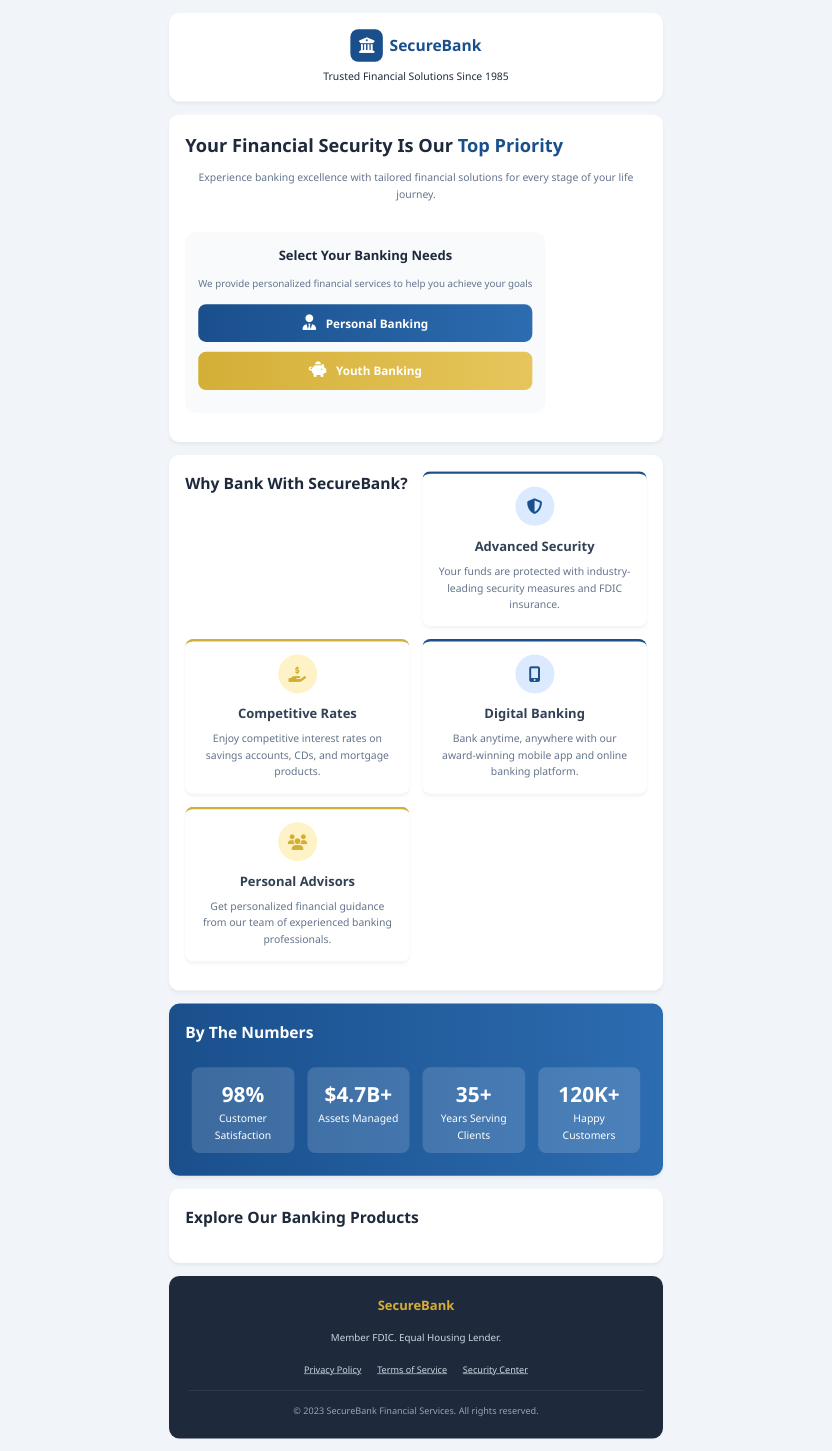
Repository: meenadabhii/loancalculator.nurcodes.com
Page: index.html
An editor plug-in stored every save of this project. The page is shown before and after the next save, followed by the edit.
The browser window is 1280 px wide. The pictures show the whole page, at 65% of full size.

Above is the page before, as saved 2025-08-29 22:39:11.

### index.html
<!DOCTYPE html>
<html lang="en">

<head>
    <meta charset="UTF-8">
    <meta name="viewport" content="width=device-width, initial-scale=1.0">
    <title>SecureBank - Financial Solutions</title>
    <link rel="stylesheet" href="https://cdnjs.cloudflare.com/ajax/libs/font-awesome/6.4.0/css/all.min.css">
    <link rel="preconnect" href="https://pagead2.googlesyndication.com">
    <link rel="preconnect" href="https://googleads.g.doubleclick.net">
    <link rel="preconnect" href="https://tpc.googlesyndication.com">

    <script async src="https://pagead2.googlesyndication.com/pagead/js/adsbygoogle.js?client=ca-pub-9383584644305078"
        crossorigin="anonymous"></script>



    <link rel="stylesheet" href="https://cdnjs.cloudflare.com/ajax/libs/font-awesome/6.4.0/css/all.min.css">
    <script async src="https://securepubads.g.doubleclick.net/tag/js/gpt.js"></script>



    <script>
        (function () {
            // Initialize googletag if not already defined
            window.googletag = window.googletag || { cmd: [] };

            // Ad slot variables
            let adSlot1, adSlot2, anchorSlot;
            const refreshInterval = 30000; // 30 seconds - more user-friendly refresh rate
            let refreshTimer;

            // Function to set up ads
            function setupAds() {
                googletag.cmd.push(function () {
                    // Setup PubAds
                    const pubads = googletag.pubads();
                    pubads.enableSingleRequest();
                    pubads.setCentering(true);

                    // Apply geotargeting if available
                    if (window.geoTarget) {
                        pubads.setLocation(window.geoTarget);
                    }

                    // Define Ad Slots with consistent IDs
                    adSlot1 = googletag.defineSlot(
                        '/23315732502/native',
                        [[300, 250], [320, 480], [250, 250], [300, 100], 'fluid', [336, 280]],
                        'ad-slot-1'
                    ).addService(pubads);

                    adSlot2 = googletag.defineSlot(
                        '/23315732502/native',
                        [[300, 250], [320, 480], [250, 250], [300, 100], 'fluid', [336, 280]],
                        'ad-slot-2'
                    ).addService(pubads);

                    // Define anchor ad with proper ID
                    anchorSlot = googletag.defineOutOfPageSlot(
                        '/23315732502/anchor',
                        googletag.enums.OutOfPageFormat.BOTTOM_ANCHOR
                    );

                    if (anchorSlot) {
                        anchorSlot.addService(pubads);
                        // Use the correct ID for the anchor ad
                        anchorSlot.setElementId('ad-anchor-slot');
                    }

                    // Event listeners for ad loading
                    pubads.addEventListener('slotRenderEnded', function (event) {
                        // Handle ad render events if needed
                        const slotId = event.slot.getSlotElementId();
                        const isEmpty = event.isEmpty;

                        // Example: hide containers with no ads
                        if (isEmpty && document.getElementById(slotId)) {
                            document.getElementById(slotId).style.display = 'none';
                        }
                    });

                    // Enable services
                    googletag.enableServices();

                    // Display ads
                    try {
                        if (document.getElementById('ad-slot-1')) {
                            googletag.display('ad-slot-1');
                        }
                        if (document.getElementById('ad-slot-2')) {
                            googletag.display('ad-slot-2');
                        }
                        if (document.getElementById('ad-anchor-slot')) {
                            googletag.display('ad-anchor-slot');
                        }
                    } catch (error) {
                        console.log('Error displaying ads:', error);
                    }

                    // Set up periodic refresh with error handling
                    setupAdRefresh();
                });
            }

            // Function to handle ad refresh
            function setupAdRefresh() {
                if (refreshTimer) {
                    clearInterval(refreshTimer);
                }

                refreshTimer = setInterval(function () {
                    try {
                        // Only refresh if slots exist and are defined
                        const slotsToRefresh = [];
                        if (adSlot1) slotsToRefresh.push(adSlot1);
                        if (adSlot2) slotsToRefresh.push(adSlot2);

                        if (slotsToRefresh.length > 0) {
                            googletag.cmd.push(function () {
                                googletag.pubads().refresh(slotsToRefresh);
                            });
                        }
                    } catch (error) {
                        console.log('Error refreshing ads:', error);
                        clearInterval(refreshTimer); // Stop trying on persistent errors
                    }
                }, refreshInterval);
            }

            // Check for ad blockers (simple detection)
            function checkAdBlocker() {
                const testAd = document.createElement('div');
                testAd.innerHTML = '&nbsp;';
                testAd.className = 'adsbox';
                document.body.appendChild(testAd);

                setTimeout(function () {
                    if (testAd.offsetHeight === 0) {
                        console.log('Ad blocker detected');
                        // You can show a message to users or implement fallback content
                    }
                    document.body.removeChild(testAd);
                }, 100);
            }

            // Initialize ads when DOM is ready
            if (document.readyState === 'complete' || document.readyState === 'interactive') {
                setupAds();
                checkAdBlocker();
            } else {
                document.addEventListener('DOMContentLoaded', function () {
                    setupAds();
                    checkAdBlocker();
                });
            }

            // Clean up on page unload
            window.addEventListener('beforeunload', function () {
                if (refreshTimer) {
                    clearInterval(refreshTimer);
                }
            });
        })();

    </script>


    <style>
        #banner-ad {
            width: 100%;
            max-width: 425px;
            margin: 1rem auto 0.5rem;
            padding: 0.5rem;
            background: hsl(240, 6%, 97%);
            box-shadow: 0 4px 15px var(--shadow-dark);
            border-radius: 8px;
            position: relative;
            text-align: center;
            border: 1px solid var(--accent-gold);
        }

        #banner-ad::before {
            content: "Advertisement";
            position: absolute;
            top: -15px;
            left: 50%;
            transform: translateX(-50%);
            font-size: 0.7rem;
            font-weight: 500;
            color: var(--accent-gold);
            background: var(--primary-dark);
            padding: 0 8px;
            border-radius: 4px;
            border: 1px solid var(--accent-gold);
        }

        .ad-divider {
            width: 90%;
            max-width: 425px;
            height: 1px;
            background: linear-gradient(90deg, transparent, var(--accent-gold), transparent);
            margin: 0.5rem auto;
        }
    </style>







    <style>
        :root {
            --primary-blue: #1a4f8c;
            --secondary-blue: #2c6cb0;
            --accent-gold: #d4af37;
            --dark-blue: #1e293b;
            --light-gray: #f8fafc;
        }

        * {
            margin: 0;
            padding: 0;
            box-sizing: border-box;
            font-family: 'Segoe UI', Tahoma, Geneva, Verdana, sans-serif;
        }

        body {
            background-color: #f1f5f9;
            color: #334155;
            line-height: 1.6;
        }

        .container {
            max-width: 800px;
            margin: 0 auto;
            padding: 20px;
        }

        .header {
            text-align: center;
            padding: 25px 0;
            background: white;
            border-radius: 16px;
            box-shadow: 0 4px 6px rgba(0, 0, 0, 0.05);
            margin-bottom: 20px;
        }

        .content-section {
            background: white;
            padding: 25px;
            border-radius: 16px;
            box-shadow: 0 4px 6px rgba(0, 0, 0, 0.05);
            margin-bottom: 20px;
        }

        .age-btn {
            display: block;
            padding: 15px;
            border-radius: 12px;
            text-decoration: none;
            font-weight: 600;
            font-size: 18px;
            margin: 15px 0;
            text-align: center;
            transition: transform 0.3s, box-shadow 0.3s;
        }

        .age-btn:hover {
            transform: translateY(-2px);
            box-shadow: 0 6px 12px rgba(0, 0, 0, 0.15);
        }

        .icon-circle {
            width: 60px;
            height: 60px;
            border-radius: 50%;
            display: flex;
            align-items: center;
            justify-content: center;
            margin: 0 auto 15px;
            font-size: 24px;
        }

        .card {
            border-radius: 12px;
            box-shadow: 0 4px 6px rgba(0, 0, 0, 0.05);
            margin-bottom: 20px;
            transition: transform 0.3s;
        }

        .card:hover {
            transform: translateY(-5px);
        }

        .stat-box {
            text-align: center;
            padding: 15px;
            background: rgba(255, 255, 255, 0.15);
            border-radius: 12px;
            margin: 10px;
            flex: 1;
            min-width: 130px;
        }

        .footer {
            background: var(--dark-blue);
            color: white;
            padding: 30px;
            border-radius: 16px;
            text-align: center;
        }

        .ad-container {
            background: white;
            padding: 15px;
            border-radius: 12px;
            margin-bottom: 20px;
            text-align: center;
        }

        .ad-label {
            color: #64748b;
            font-size: 12px;
            text-transform: uppercase;
            margin-bottom: 8px;
        }

        @media (min-width: 768px) {
            .content-section {
                display: flex;
                flex-wrap: wrap;
                justify-content: space-between;
            }

            .card {
                flex-basis: calc(50% - 10px);
            }

            .stats-container {
                display: flex;
                flex-wrap: wrap;
                justify-content: center;
            }
        }

        .text-white {
            color: white;
        }

        .btn-outline {
            background: transparent;
            border: 2px solid var(--accent-gold);
            color: var(--accent-gold);
        }

        .btn-outline:hover {
            background: var(--accent-gold);
            color: white;
        }
    </style>


</head>

<body>
    <div class="container">
        <!-- Header -->
        <div class="header">
            <div style="display: flex; align-items: center; justify-content: center; margin-bottom: 10px;">
                <div style="width: 50px; height: 50px; border-radius: 12px; background: var(--primary-blue); display: flex; align-items: center; justify-content: center; margin-right: 10px;">
                    <i class="fas fa-university text-white" style="font-size: 24px;"></i>
                </div>
                <h1 style="font-size: 24px; font-weight: 700; color: var(--primary-blue);">SecureBank</h1>
            </div>
            <p style="color: var(--dark-blue); font-size: 16px;">Trusted Financial Solutions Since 1985</p>
        </div>
        <!-- Hero Section -->
        <div class="content-section" style="text-align: center;">
            <h2 style="font-size: 28px; font-weight: 700; margin-bottom: 15px; color: var(--dark-blue);">Your Financial Security Is Our <span style="color: var(--primary-blue);">Top Priority</span></h2>
            <p style="color: #64748b; margin-bottom: 25px; font-size: 16px;">Experience banking excellence with tailored financial solutions for every stage of your life journey.</p>

            <div style="background: var(--light-gray); padding: 20px; border-radius: 16px; margin: 20px 0;">
                <h3 style="font-size: 20px; font-weight: 600; margin-bottom: 15px; color: var(--dark-blue);">Select Your Banking Needs</h3>
                <p style="color: #64748b; margin-bottom: 20px; font-size: 15px;">We provide personalized financial services to help you achieve your goals</p>

                <a href="fin24.html" class="age-btn"
                    style="background: linear-gradient(to right, var(--primary-blue), var(--secondary-blue)); color: white;">
                    <i class="fas fa-user-tie" style="margin-right: 10px; font-size: 24px;"></i>
                    Personal Banking
                </a>

                <a href="insurance.html" class="age-btn"
                    style="background: linear-gradient(to right, var(--accent-gold), #e6c65c); color: white;">
                    <i class="fas fa-piggy-bank" style="margin-right: 10px; font-size: 24px;"></i>
                    Youth Banking
                </a>
            </div>
        </div>

        <!-- Features Section -->
        <div class="content-section">
            <h2 style="font-size: 24px; font-weight: 700; text-align: center; margin-bottom: 25px; color: var(--dark-blue);">
                Why Bank With SecureBank?</h2>

            <div class="card" style="background: white; padding: 20px; border-top: 4px solid var(--primary-blue);">
                <div class="icon-circle" style="background: #dbeafe;">
                    <i class="fas fa-shield-alt" style="color: var(--primary-blue);"></i>
                </div>
                <h3 style="font-size: 20px; font-weight: 600; text-align: center; margin-bottom: 10px;">Advanced Security</h3>
                <p style="color: #64748b; text-align: center;">Your funds are protected with industry-leading security measures and FDIC insurance.</p>
            </div>

            <div class="card" style="background: white; padding: 20px; border-top: 4px solid var(--accent-gold);">
                <div class="icon-circle" style="background: #fef3c7;">
                    <i class="fas fa-hand-holding-usd" style="color: var(--accent-gold);"></i>
                </div>
                <h3 style="font-size: 20px; font-weight: 600; text-align: center; margin-bottom: 10px;">Competitive Rates</h3>
                <p style="color: #64748b; text-align: center;">Enjoy competitive interest rates on savings accounts, CDs, and mortgage products.</p>
            </div>

            <div class="card" style="background: white; padding: 20px; border-top: 4px solid var(--primary-blue);">
                <div class="icon-circle" style="background: #dbeafe;">
                    <i class="fas fa-mobile-alt" style="color: var(--primary-blue);"></i>
                </div>
                <h3 style="font-size: 20px; font-weight: 600; text-align: center; margin-bottom: 10px;">Digital Banking</h3>
                <p style="color: #64748b; text-align: center;">Bank anytime, anywhere with our award-winning mobile app and online banking platform.</p>
            </div>

            <div class="card" style="background: white; padding: 20px; border-top: 4px solid var(--accent-gold);">
                <div class="icon-circle" style="background: #fef3c7;">
                    <i class="fas fa-users" style="color: var(--accent-gold);"></i>
                </div>
                <h3 style="font-size: 20px; font-weight: 600; text-align: center; margin-bottom: 10px;">Personal Advisors</h3>
                <p style="color: #64748b; text-align: center;">Get personalized financial guidance from our team of experienced banking professionals.</p>
            </div>
        </div>



        <!-- Stats Section -->
        <div class="content-section"
            style="background: linear-gradient(to right, var(--primary-blue), var(--secondary-blue)); color: white;">
            <h2 style="font-size: 24px; font-weight: 700; text-align: center; margin-bottom: 25px;">By The Numbers</h2>

            <div class="stats-container">
                <div class="stat-box">
                    <p style="font-size: 32px; font-weight: 700;">98%</p>
                    <p style="font-size: 16px;">Customer Satisfaction</p>
                </div>

                <div class="stat-box">
                    <p style="font-size: 32px; font-weight: 700;">$4.7B+</p>
                    <p style="font-size: 16px;">Assets Managed</p>
                </div>

                <div class="stat-box">
                    <p style="font-size: 32px; font-weight: 700;">35+</p>
                    <p style="font-size: 16px;">Years Serving Clients</p>
                </div>

                <div class="stat-box">
                    <p style="font-size: 32px; font-weight: 700;">120K+</p>
                    <p style="font-size: 16px;">Happy Customers</p>
                </div>
            </div>
        </div>

        <!-- Banking Products Section -->
        <div class="content-section">
            <h2 style="font-size: 24px; font-weight: 700; text-align: center; margin-bottom: 25px; color: var(--dark-blue);">
                Explore Our Banking Products</h2>


        </div>

        <!-- Footer -->
        <div class="footer">
            <h3 style="font-size: 20px; font-weight: 700; margin-bottom: 20px; color: var(--accent-gold);">SecureBank</h3>
            <p style="color: #cbd5e1; margin-bottom: 25px; font-size: 15px;">Member FDIC. Equal Housing Lender.</p>



            <div style="margin: 20px 0;">
                <a href="#" style="color: #cbd5e1; margin: 0 10px; font-size: 14px;">Privacy Policy</a>
                <a href="#" style="color: #cbd5e1; margin: 0 10px; font-size: 14px;">Terms of Service</a>
                <a href="#" style="color: #cbd5e1; margin: 0 10px; font-size: 14px;">Security Center</a>
            </div>

            <p style="color: #94a3b8; font-size: 14px; border-top: 1px solid #334155; padding-top: 20px;">&copy; 2023 SecureBank Financial Services. All rights reserved.</p>
        </div>
    </div>
</body>

</html

After the next save:
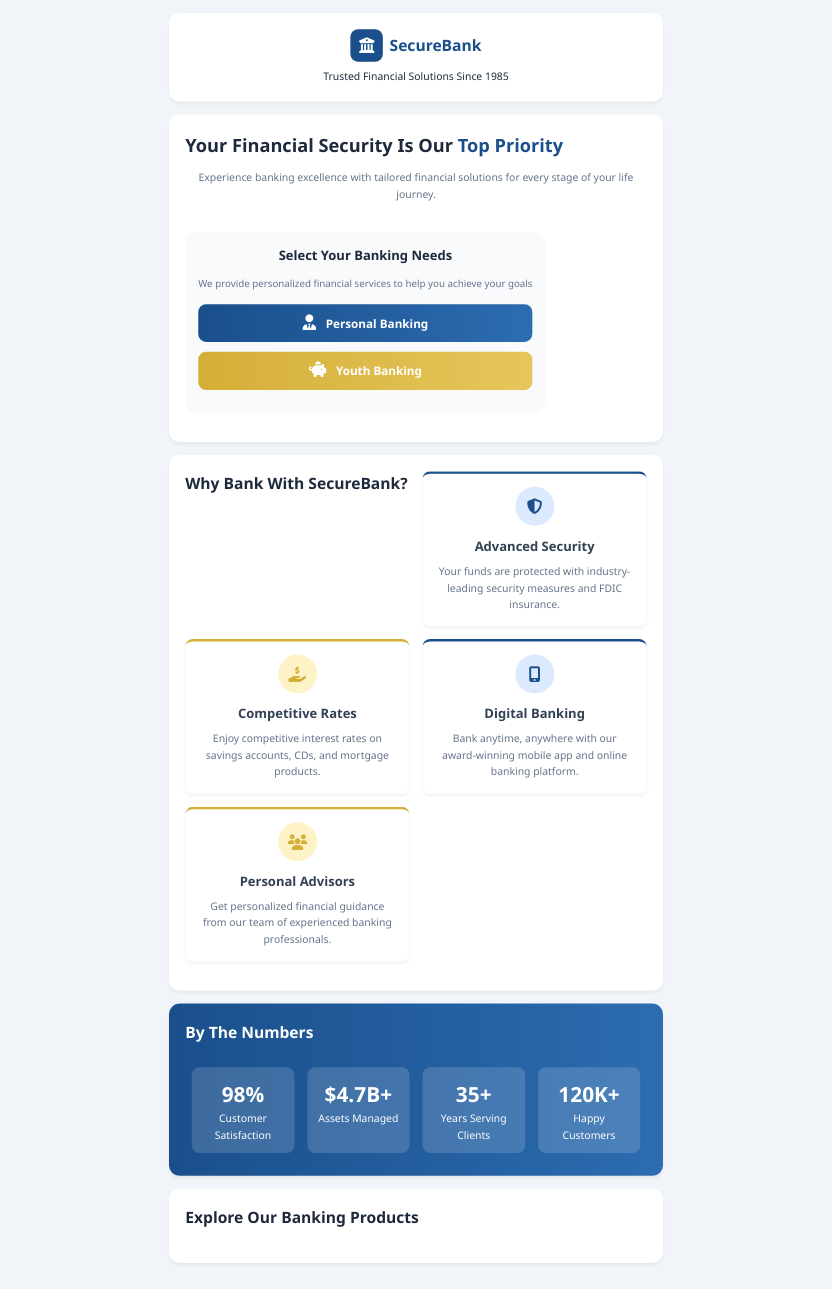
Saved 11 s later.
--- a/index.html
+++ b/index.html
@@ -475,21 +475,7 @@
 
         </div>
 
-        <!-- Footer -->
-        <div class="footer">
-            <h3 style="font-size: 20px; font-weight: 700; margin-bottom: 20px; color: var(--accent-gold);">SecureBank</h3>
-            <p style="color: #cbd5e1; margin-bottom: 25px; font-size: 15px;">Member FDIC. Equal Housing Lender.</p>
-
-
-
-            <div style="margin: 20px 0;">
-                <a href="#" style="color: #cbd5e1; margin: 0 10px; font-size: 14px;">Privacy Policy</a>
-                <a href="#" style="color: #cbd5e1; margin: 0 10px; font-size: 14px;">Terms of Service</a>
-                <a href="#" style="color: #cbd5e1; margin: 0 10px; font-size: 14px;">Security Center</a>
-            </div>
-
-            <p style="color: #94a3b8; font-size: 14px; border-top: 1px solid #334155; padding-top: 20px;">&copy; 2023 SecureBank Financial Services. All rights reserved.</p>
-        </div>
+
     </div>
 </body>
 
